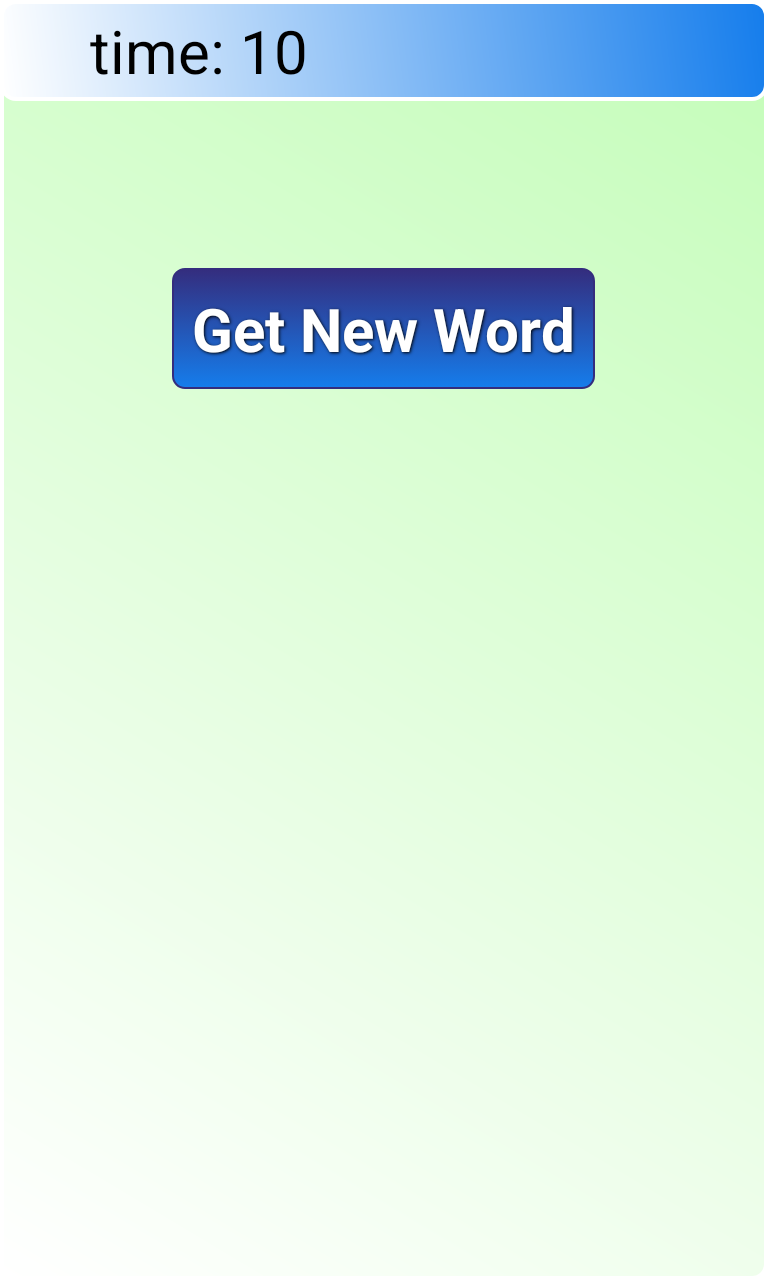
Repository: tvergilio/android
Layout: GoogleItDb/res/layout/activity_main.xml
An editor plug-in stored every save of this project. The layout is shown before and after the next save, followed by the edit.
It is drawn on a 768 x 1280 px phone screen (xhdpi) without system bars, with theme AppTheme; the app's code is not run. Lists and similar views that code fills are empty.

Above is the layout before, as saved 2014-02-15 23:32:25.

After the next save:
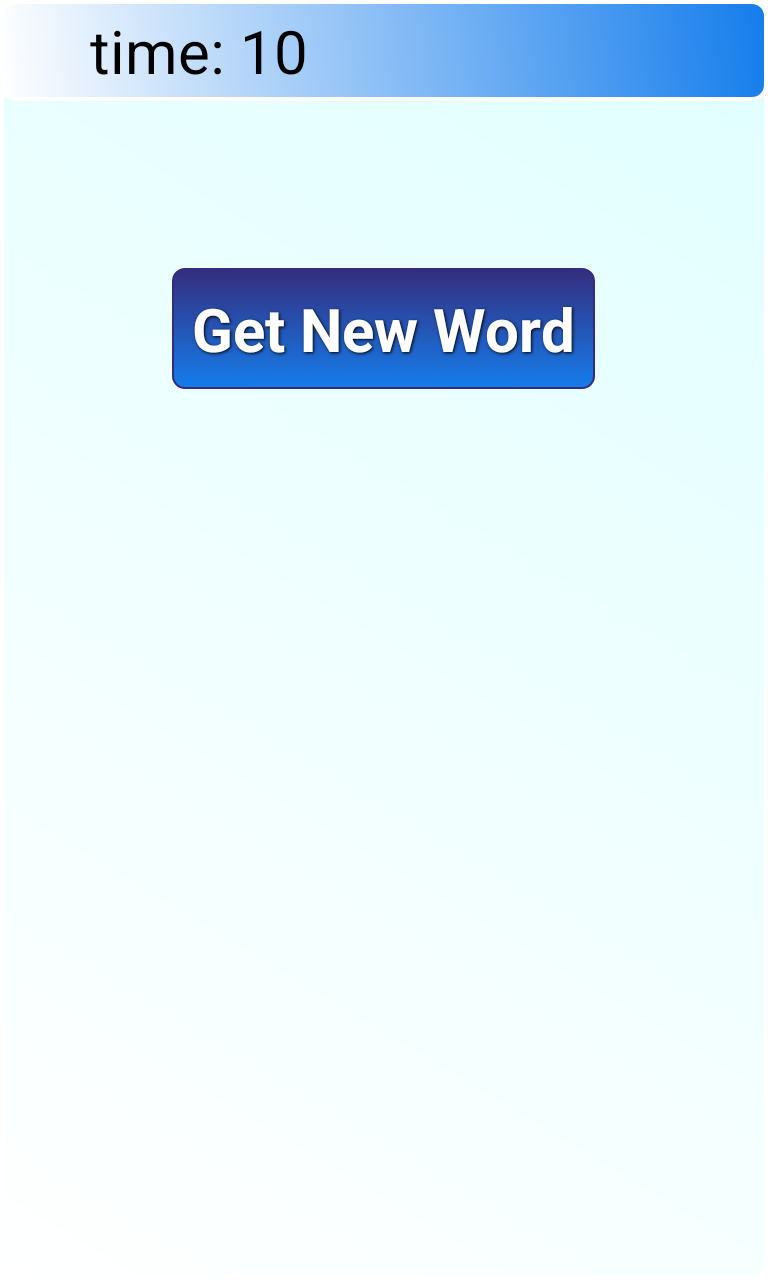
Saved 7 s later.
--- a/GoogleItDb/res/drawable-hdpi/rectangle.xml
+++ b/GoogleItDb/res/drawable-hdpi/rectangle.xml
@@ -2,7 +2,7 @@
 <shape xmlns:android="http://schemas.android.com/apk/res/android"
          android:shape="rectangle">
      <stroke android:width="2dp" android:color="@color/white" />
-     <gradient android:startColor="@color/light_jade" android:endColor="@color/white"
+     <gradient android:startColor="@color/light_cyan" android:endColor="@color/white"
             android:angle="225"/>
 
     <corners android:bottomRightRadius="7dp" android:bottomLeftRadius="7dp"
